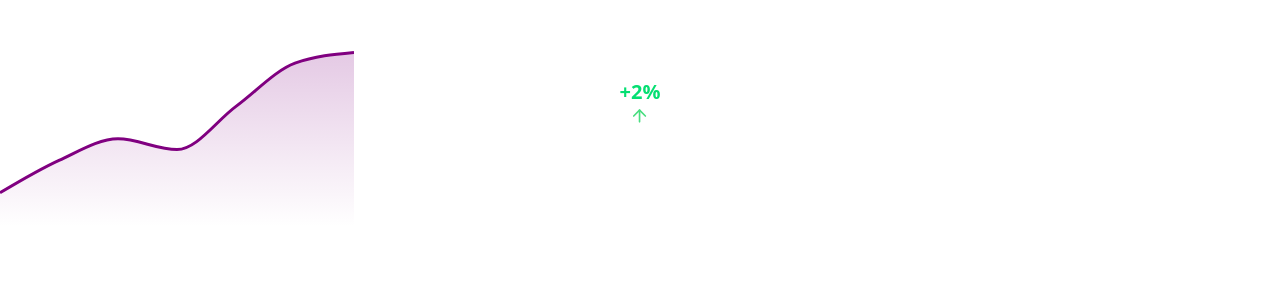
Repository: SharonSebastian32/reacharts
Page: /
The author's editor kept a copy of each file at every save. The page is drawn from the files as they stood at one save, then again after a run of saves.
The browser window is 1280 px wide. The pictures show the whole page.
The project was rebuilt for these pictures with package versions that can differ from the ones it lists, and the page was loaded fresh each time. Also part of the build but not shown: vite.config.js.

Above is the page before, as saved 2025-03-20 22:51:25.

### src/App.jsx
import GrowthGraph from "./Components/CurveGraph";
function App() {
  return (
    <>
      <GrowthGraph />
    </>
  );
}

export default App;

### src/Components/CurveGraph.jsx
import React from 'react';
import { LineChart, Line, XAxis, YAxis, CartesianGrid, ResponsiveContainer, Area, AreaChart } from 'recharts';

const GrowthGraph = () => {
  // Sample data to create the desired curve
  const data = [
    { name: 'Jan', value: 20 },
    { name: 'Feb', value: 35 },
    { name: 'Mar', value: 45 },
    { name: 'Apr', value: 40 },
    { name: 'May', value: 60 },
    { name: 'Jun', value: 80 },
    { name: 'Jul', value: 85 },
  ];

  return (
    <div className="w-full h-64 bg-white relative">
      <ResponsiveContainer width="30%" height="100%">
        <AreaChart
          data={data}
          margin={{ top: 20, right: 30, left: 0, bottom: 20 }}
        >
          <defs>
            <linearGradient id="colorGradient" x1="0" y1="0" x2="0" y2="1">
              <stop offset="5%" stopColor="purple" stopOpacity={0.2} />
              <stop offset="95%" stopColor="purple" stopOpacity={0} />
            </linearGradient>
          </defs>
          <CartesianGrid vertical={false} horizontal={false} />
          <XAxis dataKey="name" hide={true} />
          <YAxis hide={true} />
          <Area
            type="monotone"
            dataKey="value"
            stroke="purple"
            strokeWidth={3}
            fillOpacity={1}
            fill="url(#colorGradient)"
            dot={false}
            activeDot={false}
            isAnimationActive={true}
            animationDuration={1500}
          />
        </AreaChart>
      </ResponsiveContainer>

      {/* Growth indicator */}
      <div className="absolute text-green-400 font-bold text-xl" style={{ left: '50%', top: '40%', transform: 'translate(-50%, -50%)' }}>
        +2%
        <div className="flex justify-center">
          <svg width="20" height="20" viewBox="0 0 24 24" fill="none" xmlns="http://www.w3.org/2000/svg">
            <path d="M12 19L12 5" stroke="#4ade80" strokeWidth="2" strokeLinecap="round" strokeLinejoin="round"/>
            <path d="M5 12L12 5L19 12" stroke="#4ade80" strokeWidth="2" strokeLinecap="round" strokeLinejoin="round"/>
          </svg>
        </div>
      </div>
    </div>
  );
};

export default GrowthGraph;

Loaded but not shown: index.html (common file); src/main.jsx (common file); src/index.css (common file)

After the next 2 saves:
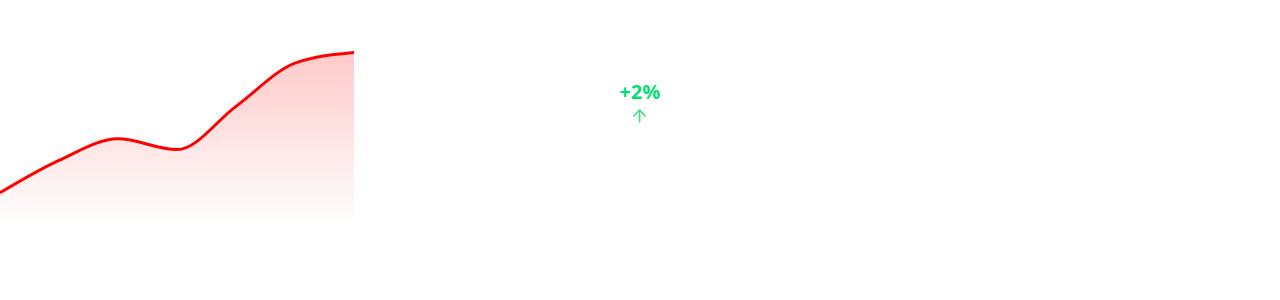
The 2 saves are shown as one change because they came seconds apart.
The last was saved 7 s later.
--- a/src/Components/CurveGraph.jsx
+++ b/src/Components/CurveGraph.jsx
@@ -22,8 +22,8 @@ const GrowthGraph = () => {
         >
           <defs>
             <linearGradient id="colorGradient" x1="0" y1="0" x2="0" y2="1">
-              <stop offset="5%" stopColor="purple" stopOpacity={0.2} />
-              <stop offset="95%" stopColor="purple" stopOpacity={0} />
+              <stop offset="5%" stopColor="red" stopOpacity={0.2} />
+              <stop offset="95%" stopColor="red" stopOpacity={0} />
             </linearGradient>
           </defs>
           <CartesianGrid vertical={false} horizontal={false} />
@@ -32,7 +32,7 @@ const GrowthGraph = () => {
           <Area
             type="monotone"
             dataKey="value"
-            stroke="purple"
+            stroke="red"
             strokeWidth={3}
             fillOpacity={1}
             fill="url(#colorGradient)"
